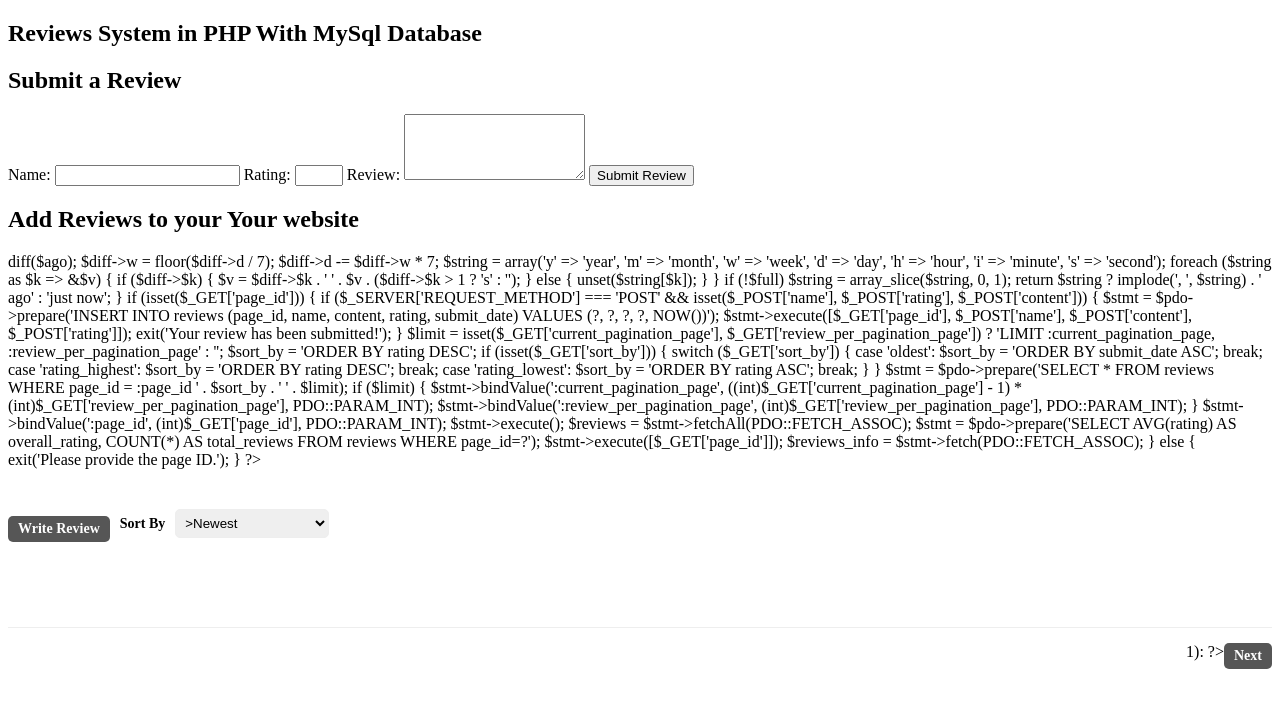
Repository: chathura226/SeekWork_Group_Project_I
Page: ratingsystem/index.html
An editor plug-in stored every save of this project. The page is shown before and after the next save, followed by the edit.
The browser window is 1280 px wide. The pictures show the whole page.

Above is the page before, as saved 2023-12-22 23:05:45.
Console error: TypeError: Cannot set properties of null (setting 'onclick')

After the next save:
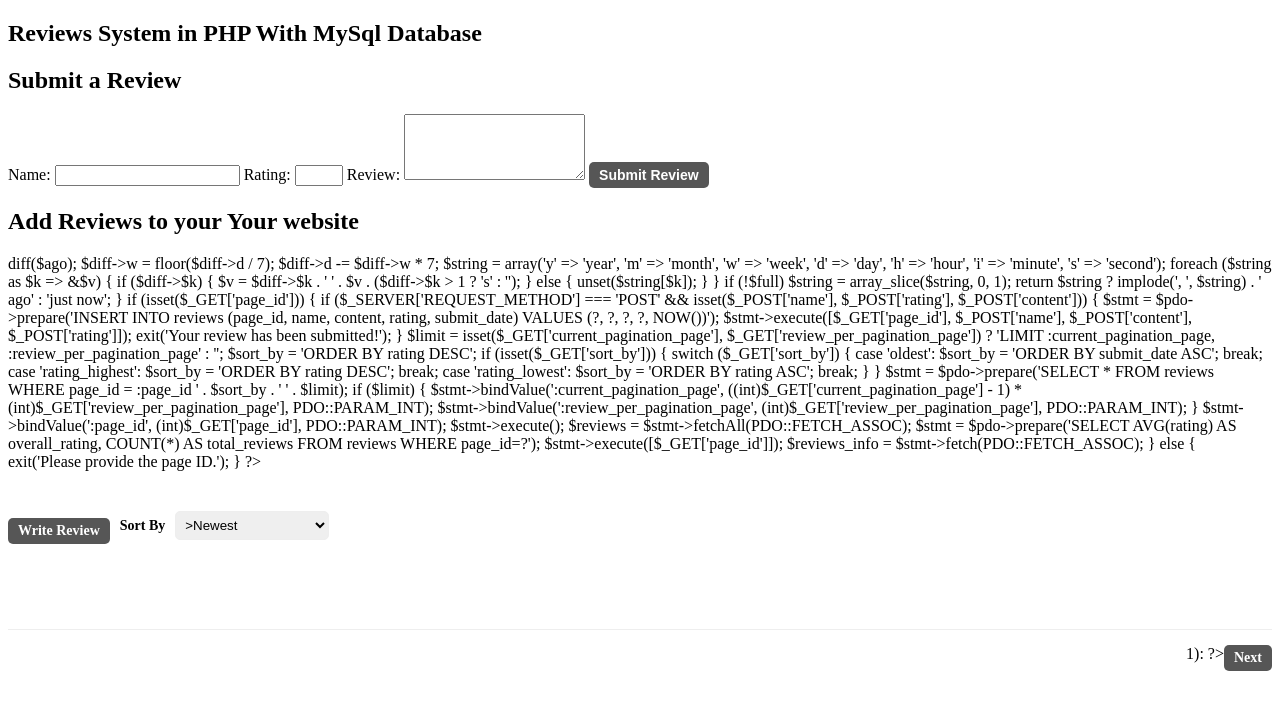
Saved 22 s later.
--- a/ratingsystem/reviews.css
+++ b/ratingsystem/reviews.css
@@ -17,6 +17,20 @@
 }
 
 .reviews .write_review_btn, .reviews .write_review button{
+    display: inline-flex;
+    background-color: #565656;
+    color: #fff;
+    text-decoration: none;
+    margin: 10px 0 0 0;
+    padding: 5px 10px;
+    border-radius: 5px;
+    font-size: 14px;
+    font-weight: 600;
+    border: 0;
+
+}
+
+.submit_btn {
     display: inline-flex;
     background-color: #565656;
     color: #fff;
